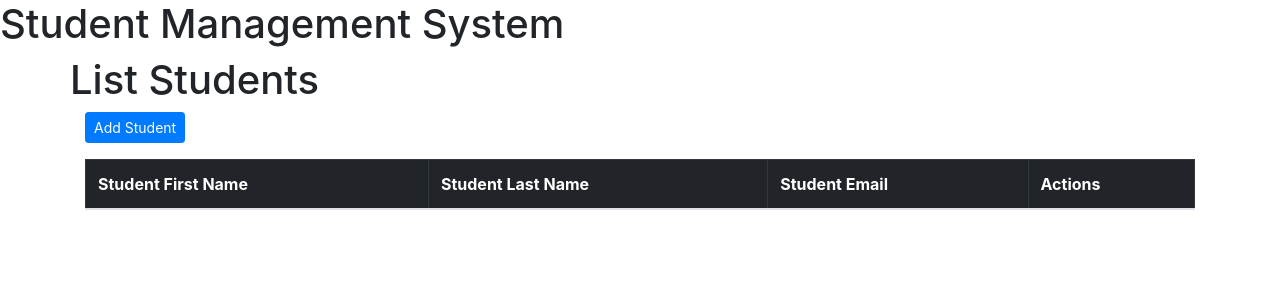
Repository: Nivansh/GoodReads2
Page: http://localhost/students
The author's editor kept a copy of each file at every save. The page is drawn from the files as they stood at one save, then again after the next save.
The browser window is 1280 px wide. The pictures show the whole page.
The page is this project's Thymeleaf template; nobody is signed in. The template is opened directly, without the code that normally fills it, so the values that code supplies are empty.

Above is the page before, as saved 2023-10-06 13:00:37.

### StudentManagementSystem/src/main/resources/templates/students.html
<!DOCTYPE html>
<html xmlns:th="http://www.thymeleaf.org">
<head>
<meta charset="ISO-8859-1">
<title>Student Management System</title>
<link rel="stylesheet"
	href="https://maxcdn.bootstrapcdn.com/bootstrap/4.0.0/css/bootstrap.min.css"
	integrity="sha384-Gn5384xqQ1aoWXA+058RXPxPg6fy4IWvTNh0E263XmFcJlSAwiGgFAW/dAiS6JXm"
	crossorigin="anonymous">
</head>
<body>
<h1>Student Management System </h1>
	<div class ="container">
		<div class = "row">
			<h1> List Students </h1>
		</div>

		<div class = "row">
			<div class = "col-lg-3">
				<a th:href = "@{/students/new}" class = "btn btn-primary btn-sm mb-3"> Add Student</a>
			</div>
		</div>
		<table class = "table table-striped table-bordered">
			<thead class = "table-dark">
				<tr>
					<th> Student First Name</th>
					<th> Student Last Name</th>
					<th> Student Email </th>
					<th> Actions </th>
				</tr>
			</thead>

			<tbody>
				<tr th:each = "student: ${students}">
					<td th:text = "${student.firstName}"></td>
					<td th:text = "${student.lastName}"></td>
					<td th:text = "${student.email}"></td>
					<td>
						<a th:href = "@{/students/edit/{id}(id=${student.id})}"
						 class = "btn btn-primary">Update</a>

						<a th:href = "@{/students/{id}(id=${student.id})}"
						 class = "btn btn-danger">Delete</a>

					</td>
				</tr>
			</tbody>

		</table>

	</div>
</body>
</html>

After the next save:
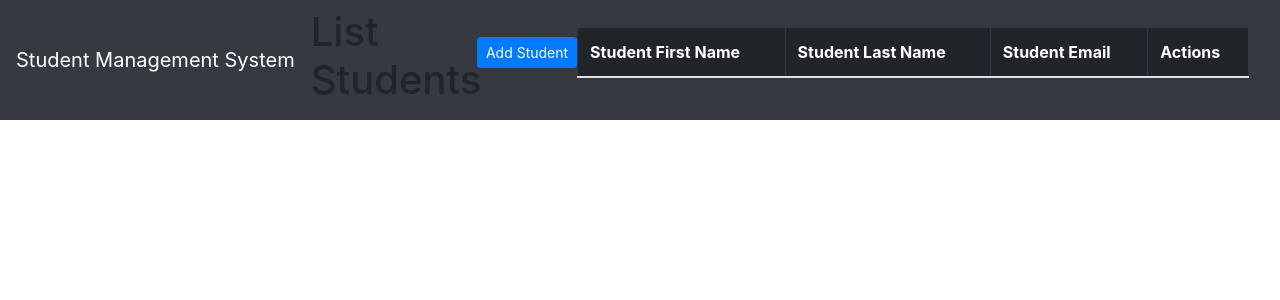
Saved 5 min 32 s later.
--- a/StudentManagementSystem/src/main/resources/templates/students.html
+++ b/StudentManagementSystem/src/main/resources/templates/students.html
@@ -9,7 +9,18 @@
 	crossorigin="anonymous">
 </head>
 <body>
-<h1>Student Management System </h1>
+	<nav class="navbar navbar-expand-md bg-dark navbar-dark">
+  <!-- Brand -->
+  <a class="navbar-brand" href="#">Student Management System</a>
+
+  <button class="navbar-toggler" type="button" data-toggle="collapse" data-target="#collapsibleNavbar">
+    <span class="navbar-toggler-icon"></span>
+  </button>
+
+
+
+
+
 	<div class ="container">
 		<div class = "row">
 			<h1> List Students </h1>
